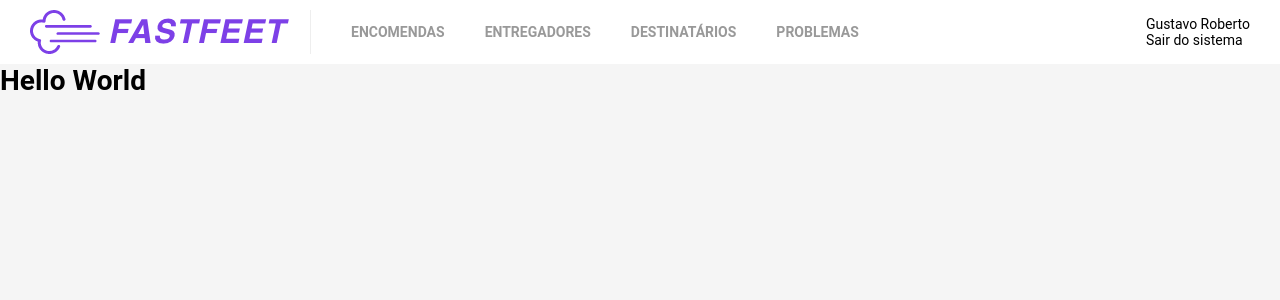
Repository: guuhx97/fastfeet
Page: / (app in frontend/)
An editor plug-in stored every save of this project. The page is shown before and after the next save, followed by the edit.
The browser window is 1280 px wide. The pictures show the whole page.
The project was rebuilt for these pictures with package versions that can differ from the ones it lists, and the page was loaded fresh each time.

Above is the page before, as saved 2020-06-26 15:19:24.

After the next save:
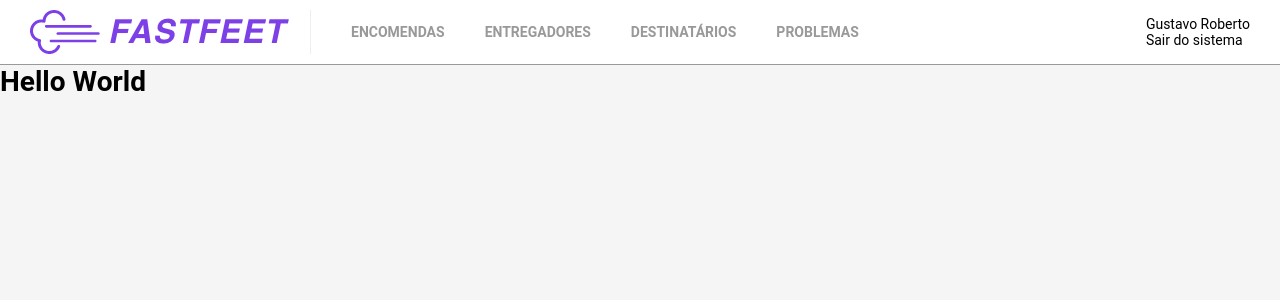
Saved 34 s later.
--- a/frontend/src/components/Header/styles.js
+++ b/frontend/src/components/Header/styles.js
@@ -3,6 +3,7 @@ import styled from 'styled-components';
 export const Container = styled.div`
   background: #fff;
   padding: 0 30px;
+  border-bottom: 1px solid #999
 `;
 
 export const Content = styled.div`
